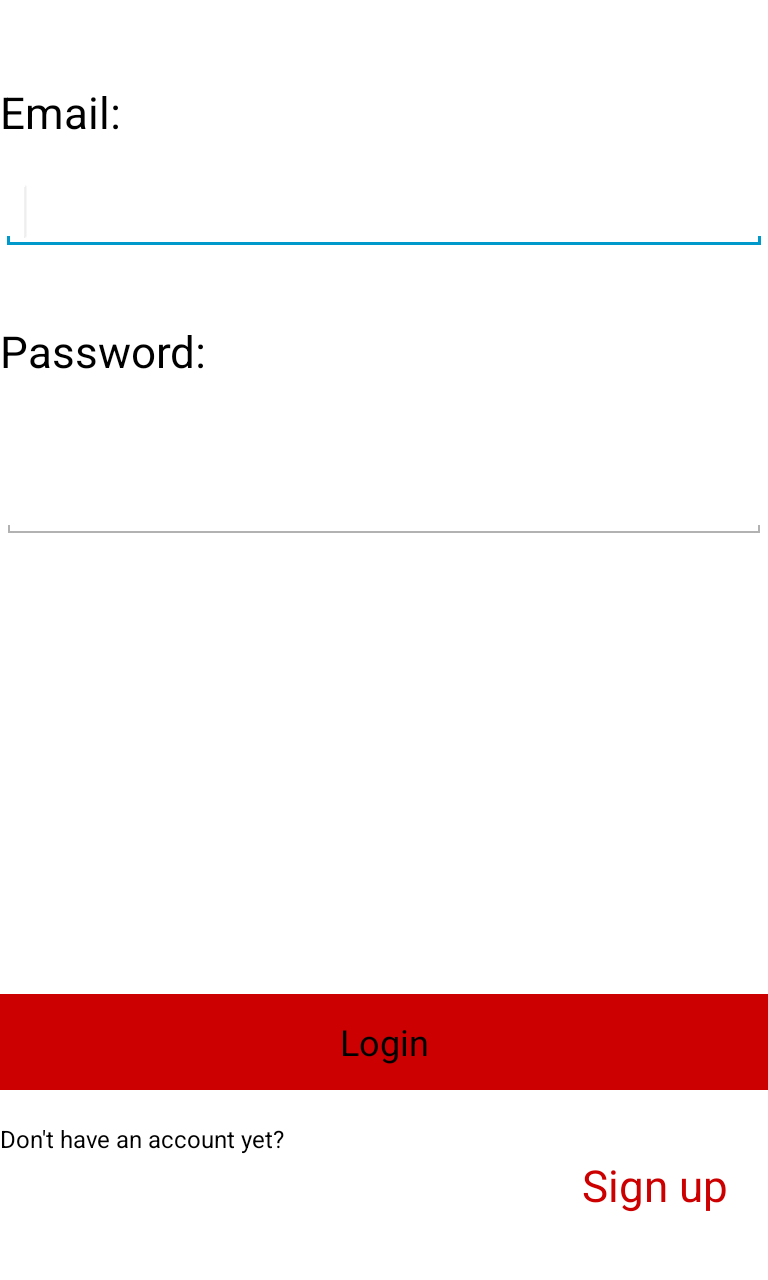
Repository: erwasambo/greendevelopment
Layout: GreenDevelopment/NASCuisine/res/layout/login.xml
These files come from the project's save history. The layout is drawn as it stood at one moment and after the next save; the edit follows.
It is drawn on a 768 x 1280 px phone screen (xhdpi) without system bars, with theme AppTheme; the app's code is not run.

Above is the layout before, as saved 2013-12-03 01:45:13.

### GreenDevelopment/NASCuisine/res/layout/login.xml
<?xml version="1.0" encoding="utf-8"?>
<RelativeLayout xmlns:android="http://schemas.android.com/apk/res/android"
    android:layout_width="match_parent"
    android:layout_height="match_parent" >

    <TextView
        android:id="@+id/textView1"
        android:layout_width="wrap_content"
        android:layout_height="wrap_content"
        android:layout_alignParentLeft="true"
        android:layout_alignParentTop="true"
        android:layout_marginTop="41dp"
        android:text="@string/email"
        android:textAppearance="?android:attr/textAppearanceLarge" />

    <TextView
        android:id="@+id/textView2"
        android:layout_width="wrap_content"
        android:layout_height="wrap_content"
        android:layout_alignParentLeft="true"
        android:layout_below="@+id/textView1"
        android:layout_marginTop="90dp"
        android:text="@string/password"
        android:textAppearance="?android:attr/textAppearanceLarge" />


    <EditText
        android:id="@+id/loginEmail"
        android:layout_width="match_parent"
        android:layout_height="wrap_content"
        android:layout_alignParentLeft="true"
        android:layout_below="@+id/textView1"
        android:layout_marginTop="16dp"
        android:ems="10"
        android:inputType="textEmailAddress" >

        <requestFocus />
    </EditText>


    <EditText
        android:id="@+id/loginPassword"
        android:layout_width="match_parent"
        android:layout_height="wrap_content"
        android:layout_alignParentLeft="true"
        android:layout_below="@+id/textView2"
        android:layout_marginTop="41dp"
        android:ems="10"
        android:inputType="textPassword" />



    <TextView
        android:id="@+id/login_error"
        android:layout_width="wrap_content"
        android:layout_height="wrap_content"
        android:layout_alignParentBottom="true"
        android:layout_centerHorizontal="true"
        android:layout_marginBottom="14dp" />

    <TextView
        android:id="@+id/TextView01"
        android:layout_width="wrap_content"
        android:layout_height="wrap_content"
        android:layout_above="@+id/tvLinkToRegisterScreen"
        android:layout_alignParentLeft="true"
        android:text="@string/donthaveacc"
        android:textSize="12sp"
        android:textAppearance="?android:attr/textAppearanceLarge" />

    <TextView
        android:id="@+id/tvLinkToRegisterScreen"
        android:layout_width="wrap_content"
        android:layout_height="wrap_content"
        android:layout_above="@+id/login_error"
        android:layout_alignParentRight="true"
        android:layout_marginRight="20dp"
        android:text="@string/signup"
        android:textAppearance="?android:attr/textAppearanceLarge"
        android:textColor="@color/purple" />

    <Button
        android:id="@+id/btnLogin"
        android:layout_width="match_parent"
        android:layout_height="wrap_content"
        android:layout_above="@+id/TextView01"
        android:layout_alignParentLeft="true"
        android:layout_marginBottom="16dp"
        android:background="@color/purple"
        android:text="@string/login" />

</RelativeLayout>

### GreenDevelopment/NASCuisine/res/values/strings.xml
<?xml version="1.0" encoding="utf-8"?>
<resources>

    <string name="app_name">NAS Cuisine</string>
     <string name="app_namelogin">NAS Cuisine - Log in</string>




    <string name="action_settings">Settings</string>
    <string name="activity_scrollview">ScrollView</string>
    <string name="activity_listview">ListView</string>
    <string name="activity_gridview">GridView</string>
    <string name="activity_webview">WebView</string>
    <string name="activity_fragment_tabs">Fragments + Tabs</string>
    <string name="activity_fragment_tabs_vp">Fragments + Tabs + ViewPager</string>
    <string name="pref_title_stick_container">Stick layer to</string>
    <string name="pref_title_show_shadow">Show shadow</string>
    <string name="pref_title_show_offset">Closed offset</string>
    <string name="open_button_container">Open</string>
    <string name="close_button_container">Close</string>
	<string name="title_activity_main">PayPal Access</string>
    <string name="title_activity_login">Login</string>
    <string name="btn_login">Login with PayPal</string>
    <string name="progress_loading_title">Loading&#8320;</string>
    <string name="progress_loading_msg">Login is possible in a few seconds</string>
    <string name="toast_login_ok">Logged in</string>
    <string name="toast_login_failed">Login failed</string>
    <string name="login_description">This enables the user to use his PayPal credentials to login. Thus he doesn\'t have to create yet another account and remember yet another password.</string>
	<string name="login_oauth">OAuth 2.0</string>
	<string name="login_openid">OpenID</string>

    <string name="swipe_label">Swipe!</string>
    <string name="swipe_left_label">Swipe left!</string>
    <string name="swipe_right_label">Swipe right!</string>
    <string name="swipe_up_label">Swipe up!</string>
    <string name="swipe_down_label">Swipe down!</string>

    <string name="label_right">Right</string>
    <string name="label_left">Left</string>
    <string name="label_middle">Middle</string>
    <string name="label_top">Top</string>
    <string name="label_bottom">Bottom</string>

    <string name="not_applicable">n/a</string>

    <string-array name="pref_list_titles">
        <item>@string/label_right</item>
        <item>@string/label_middle</item>
        <item>@string/label_left</item>
        <item>@string/label_top</item>
        <item>@string/label_bottom</item>
    </string-array>
    <string-array name="pref_list_values">
        <item>right</item>
        <item>middle</item>
        <item>left</item>
        <item>top</item>
        <item>bottom</item>
    </string-array>

    <string name="pref_go">Go!</string>

    <string name="no_media_warning">Storage Media not present</string>
    <string name="no_media_hint">Sharing the storage media with a PC can make it inaccessible</string>
    <string name="open_failed">Unable to open document</string>
    <string name="cancel">Cancel</string>
    <string name="search_backwards">Search backwards</string>
    <string name="search_forwards">Search forwards</string>
    <string name="search_document">Search document</string>
    <string name="picker_title">NAS Cuisine</string>
    <string name="outline_title">Table of Contents</string>
    <string name="enter_password">Enter Password</string>
    <string name="text_not_found">Text not found</string>
    <string name="searching_">Searching...</string>
    <string name="link_control">Link highlighting and enabling</string>
    <string name="no_further_occurences_found">No further occurences found</string>
    <string name="gen_pdf">Generate pdf</string>
    <string name="view_pdf">View pdf</string>
    <string name="title_activity_main">MainActivity</string>
    <string name="progress_title">Generateing pdf...</string>

    <string name="taliiafrica">Julisha</string>
	<string name="main">Julisha</string>
	<string name="weather">Check Weather</string>
	<string name="rescue">Emergency Rescue</string>
	<string name="exit">Exit</string>
	<string name="srtsail">Begin Sailing</string>
	<string name="stpsail">End Sailing</string>
	<string name="chkmap">Check Map</string>
	<string name="sets">Settings</string>
	<string name="vsltype">Vessel Type:</string>
	<string name="vid">Vessel Id:</string>
	<string name="vslname">Vessel Name:</string>
	<string name="wtrbody">Water Body:</string>
	<string name="desc">General Description:</string>
	<string name="sv">Save</string>
	<string name="lgout">Logout</string>
	<string name="sail">Sailing</string>
	<string name="myacc">My Account</string>
	<string name="date">Date:</string>
	<string name="time">Time:</string>
	<string name="initloc">Initial Location:</string>
	<string name="Destination">Destination:</string>
	<string name="onboard">Number Onboard:</string>
	<string name="act">Activity:</string>
	<string name="bgnSail">Begin Sailing</string>
	<string name="currLoc">Current Location:</string>
	<string name="endsail">End Sailing</string>
	<string name="prevloc">Previous Location</string>
	<string name="desc2">Image2</string>
	<string name="login">Login</string>
	<string name="email">Email:</string>
	<string name="password">Password:</string>
	<string name="newtojulisharegister">New to Julisha? Register here</string>
	<string name="registeracc">Register New Account</string>
	<string name="fullname">Full Name</string>
	<string name="logout">Logout</string>
	<string name="briefdesc">Brief Description:</string>
	<string name="safe">Safe</string>
	<string name="minor">Minor Problem</string>
	<string name="danger">Danger</string>
	<string name="xtremedanger">Extreme Danger</string>
	<string name="signup">Sign up</string>
	<string name="donthaveacc">Don\'t have an account yet?</string>




</resources>

### GreenDevelopment/NASCuisine/res/values/colors.xml
<?xml version="1.0" encoding="utf-8"?>

<!--
  ~ Copyright 2013 Chris Banes
  ~
  ~ Licensed under the Apache License, Version 2.0 (the "License");
  ~ you may not use this file except in compliance with the License.
  ~ You may obtain a copy of the License at
  ~
  ~     http://www.apache.org/licenses/LICENSE-2.0
  ~
  ~ Unless required by applicable law or agreed to in writing, software
  ~ distributed under the License is distributed on an "AS IS" BASIS,
  ~ WITHOUT WARRANTIES OR CONDITIONS OF ANY KIND, either express or implied.
  ~ See the License for the specific language governing permissions and
  ~ limitations under the License.
  <color name="black">#FF000000</color>
  -->

<resources>
     <color name="white">#FFFFFF</color>
	 <color name="canvas">#CC0000</color>
		<color name="bar">#CC0000</color>
     <color name="black">#FF000000</color>
     <color name="purple">#CC0000</color>
    <color name="holo_dark_green">@color/purple</color>
	<color name="default_progress_bar_color">@color/white</color>
	 <color name="abs__background_holo_dark">@color/purple</color>
    <color name="abs__background_holo_light">@color/purple</color>
    <color name="abs__bright_foreground_holo_dark">@color/purple</color>
    <color name="abs__bright_foreground_holo_light">@color/purple</color>
    <color name="abs__bright_foreground_disabled_holo_dark">@color/purple</color>
    <color name="abs__bright_foreground_disabled_holo_light">@color/purple</color>
</resources>

Loaded but not shown: GreenDevelopment/NASCuisine/res/values/styles.xml (common file); GreenDevelopment/NASCuisine/res/values-v11/styles.xml (common file); GreenDevelopment/NASCuisine/res/values-v14/styles.xml (common file)

After the next save:
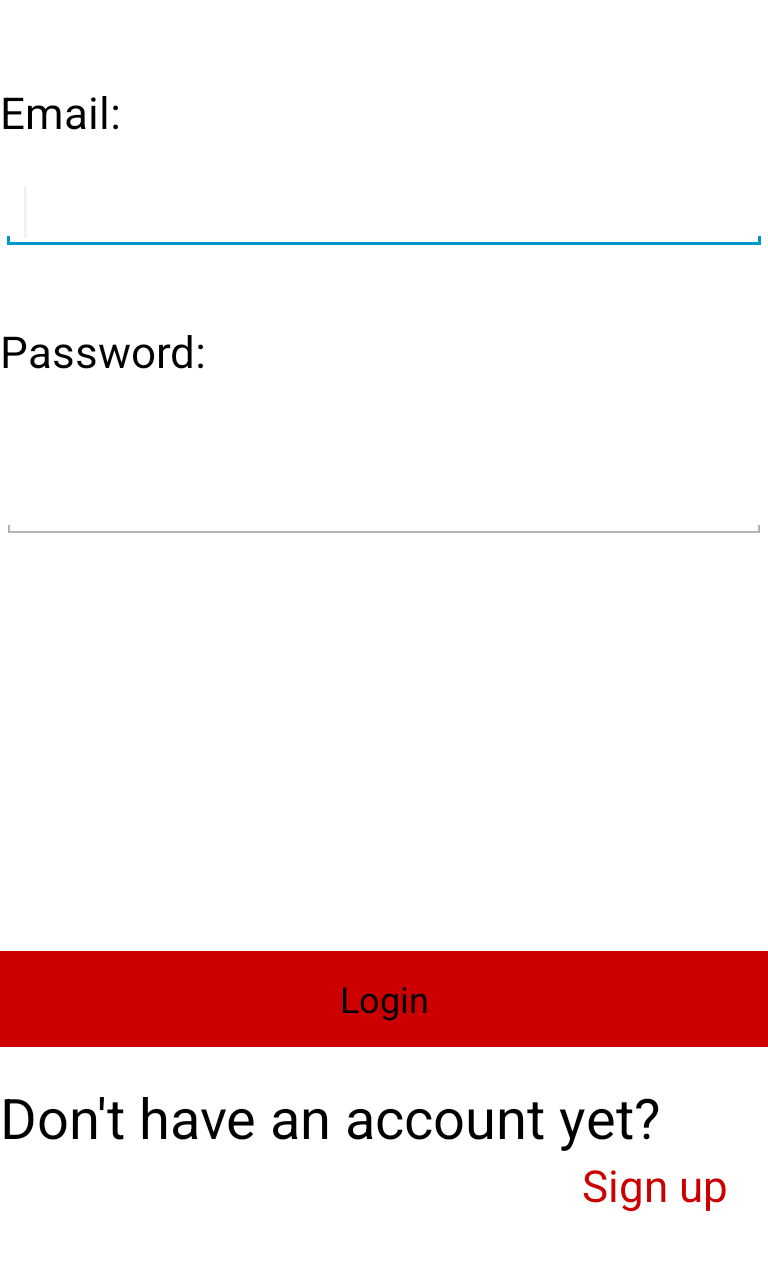
Saved 13 s later.
--- a/GreenDevelopment/NASCuisine/res/layout/login.xml
+++ b/GreenDevelopment/NASCuisine/res/layout/login.xml
@@ -65,7 +65,7 @@
         android:layout_above="@+id/tvLinkToRegisterScreen"
         android:layout_alignParentLeft="true"
         android:text="@string/donthaveacc"
-        android:textSize="12sp"
+        android:textSize="28sp"
         android:textAppearance="?android:attr/textAppearanceLarge" />
 
     <TextView
